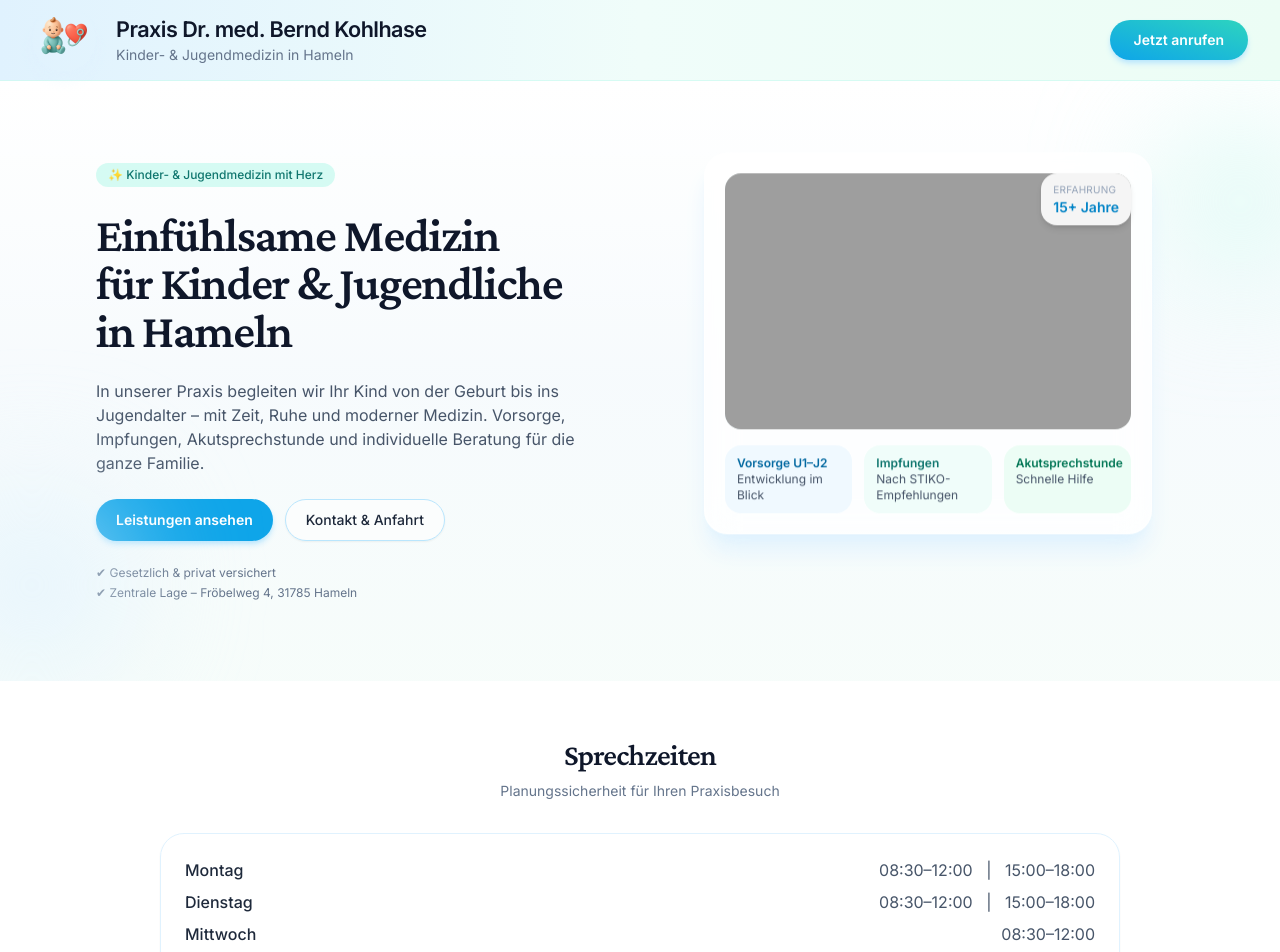
Repository: NikolajMalisch/kinderartz-web
Page: index.html
These files come from the project's save history. The page is drawn as it stood at one moment and after a run of saves; the edit follows.
The browser window is 1280 px wide. The pictures show the part of the page from y = 0 to 952 px (the page is 2607 px tall).
Pictures or frames that could not be fetched are drawn as grey boxes. Some web libraries are served in a nearby version.

Above is the page before, as saved 2025-12-11 21:37:42.

After the next 2 saves:
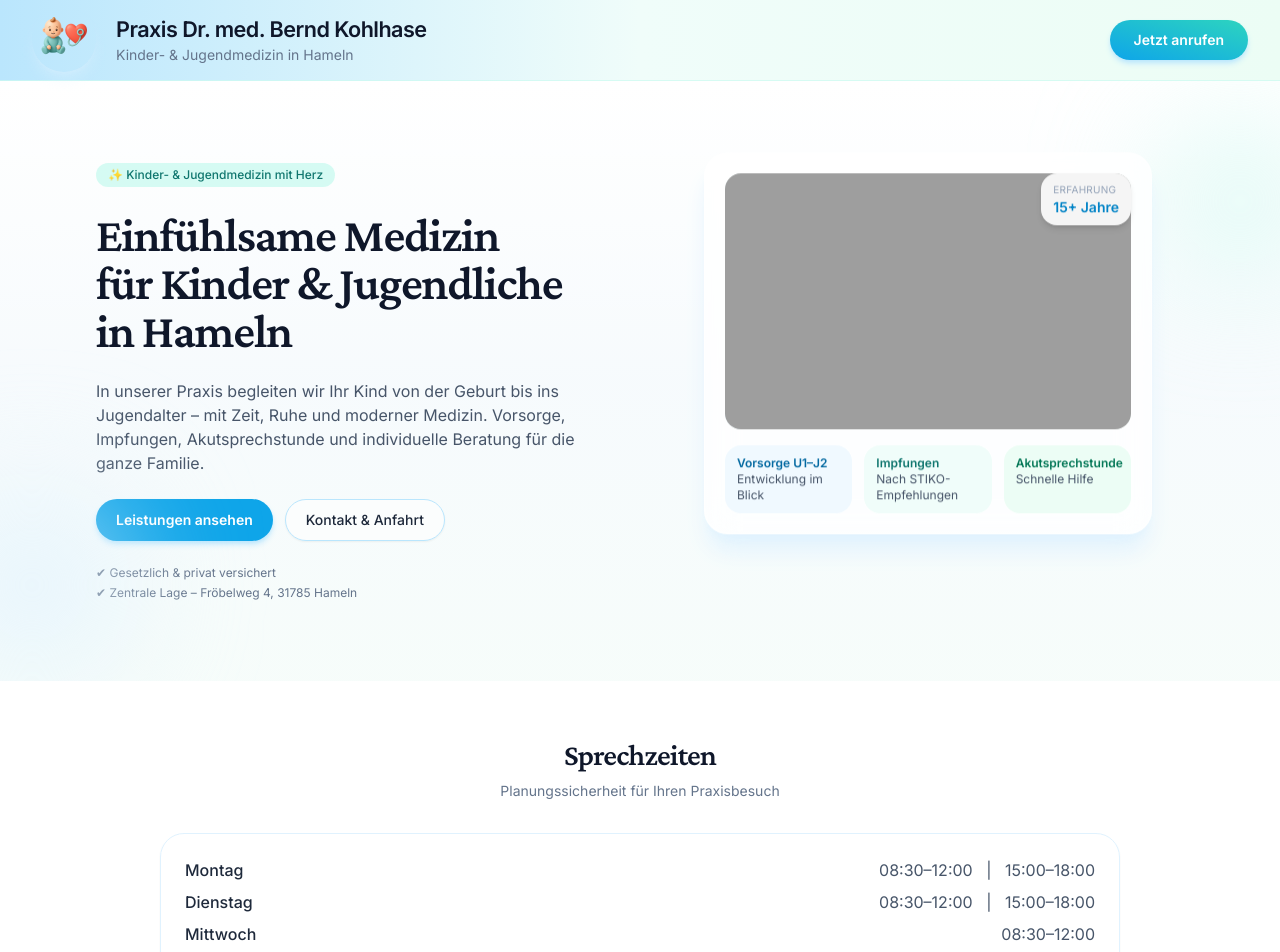
The 2 saves are shown as one change because they came seconds apart.
The last was saved 28 s later.
--- a/index.html
+++ b/index.html
@@ -59,7 +59,7 @@
 <body class="min-h-full bg-[#fdfcfb] text-slate-800">
     <!-- HEADER -->
 <header
-class="sticky top-0 z-50 bg-gradient-to-r from-sky-100 via-teal-50 to-emerald-50
+class="sticky top-0 z-50 bg-gradient-to-r from-sky-200 via-teal-50 to-emerald-50
         backdrop-blur-xl border-b border-teal-100/70"
 >
 
